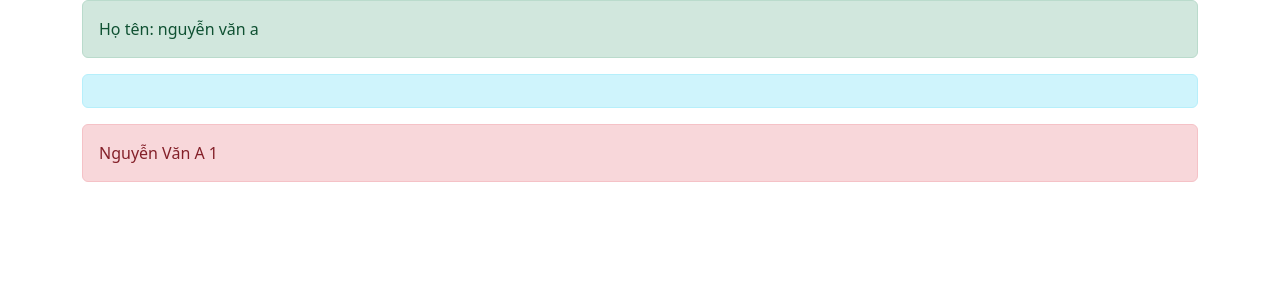
Repository: hcozyph/CyberSoft_Bai_Tap_Tren_Lop
Page: AJAX/AJAX_BASIC/index.html
These files come from the project's save history. The page is drawn as it stood at one moment and after the next save; the edit follows.
The browser window is 1280 px wide. The pictures show the whole page.
Some web libraries are served in a nearby version.

Above is the page before, as saved 2023-03-05 11:35:19.

After the next save:
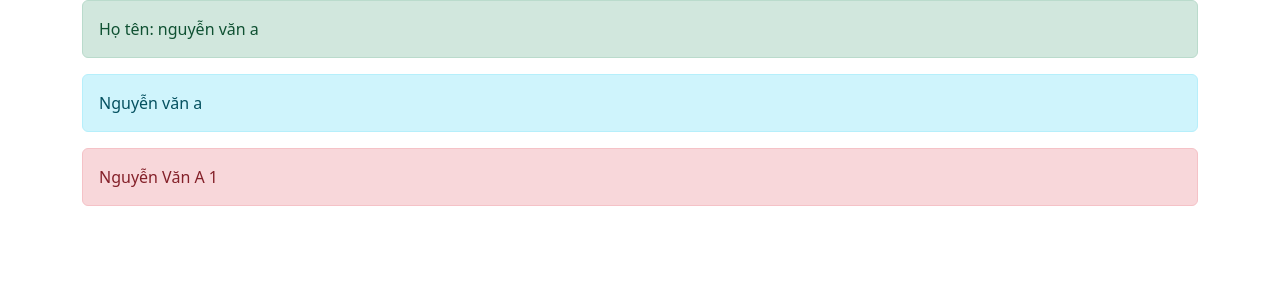
Saved 84 s later.
--- a/AJAX/AJAX_BASIC/JS/index.js
+++ b/AJAX/AJAX_BASIC/JS/index.js
@@ -38,7 +38,8 @@
     //Thành công
     promise.then(function (res) {
         console.log(res.data)
-        document.getElementById('content-xml').innerHTML = '';
+        var hoTen = res.data.getElementById('hoTen').innerHTML;
+        document.getElementById('content-xml').innerHTML = hoTen;
     });
 
 
